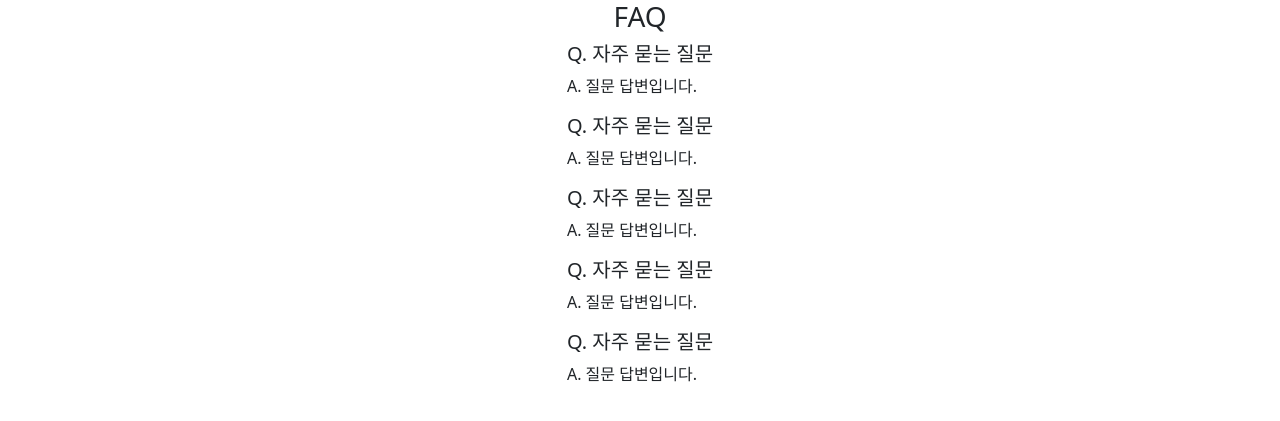
Repository: shin-eekk/js_study
Page: study.html
These files come from the project's save history. The page is drawn as it stood at one moment and after the next save; the edit follows.
The browser window is 1280 px wide. The pictures show the whole page.

Above is the page before, as saved 2025-03-12 12:59:34.
Console error: TypeError: Cannot read properties of undefined (reading 'classList')

### study.html
<!DOCTYPE html>
<html lang="en">
<head>
    <meta charset="UTF-8">
    <meta name="viewport" content="width=device-width, initial-scale=1.0">
    <title>복습</title>
    <link href="https://cdn.jsdelivr.net/npm/bootstrap@5.3.3/dist/css/bootstrap.min.css" rel="stylesheet" integrity="sha384-QWTKZyjpPEjISv5WaRU9OFeRpok6YctnYmDr5pNlyT2bRjXh0JMhjY6hW+ALEwIH" crossorigin="anonymous">
    <link rel="stylesheet" href="https://cdn.jsdelivr.net/npm/bootstrap-icons@1.11.3/font/bootstrap-icons.min.css">
    <script src="./js/study.js"></script>
</head>
<body>
    <div id="faq" class="d-flex justify-content-center flex-column align-items-center">
        <h3>FAQ</h3>
            <dl>

            </dl>
    </div>
</body>
</html>

### js/study.js
window.addEventListener("DOMContentLoaded",()=>{
    const faq = [
        {dt: "Q. 자주 묻는 질문",
         dd: "A. 질문 답변입니다."
        },
        {dt: "Q. 자주 묻는 질문",
         dd: "A. 질문 답변입니다."
        },
        {dt: "Q. 자주 묻는 질문",
         dd: "A. 질문 답변입니다."
        },
        {dt: "Q. 자주 묻는 질문",
         dd: "A. 질문 답변입니다."
        },
        {dt: "Q. 자주 묻는 질문",
         dd: "A. 질문 답변입니다."
        },
    ]

    const faqdom = document.querySelector("#faq dl");

    let faqtag = ``;
    for(x of faq){
        faqtag +=`<h5>${x.dt}</h5><p>${x.dd}</p>`;
    }

    faqdom.innerHTML = faqtag;

    const faqlist = document.querySelectorAll("#faq dt");

    let count = 0;
    faqlist[0].classList.add("active");

    setInterval(()=>{
        count++;
        count %=faq.length;
    })
})

After the next save:
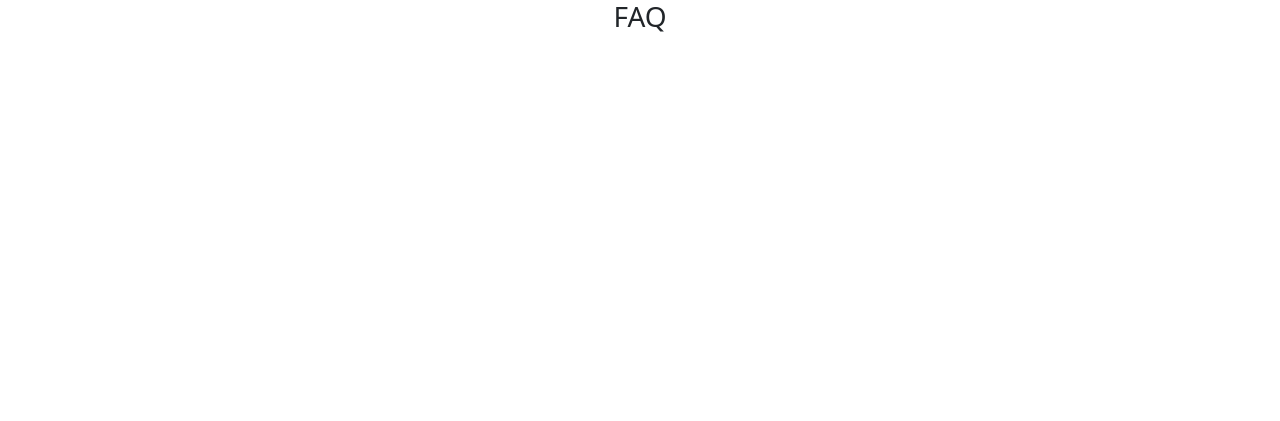
Console error: SyntaxError: Unexpected token '}'
Saved 22 s later.
--- a/js/study.js
+++ b/js/study.js
@@ -28,11 +28,6 @@
 
     const faqlist = document.querySelectorAll("#faq dt");
 
-    let count = 0;
-    faqlist[0].classList.add("active");
 
-    setInterval(()=>{
-        count++;
-        count %=faq.length;
     })
 })

After the save that followed:
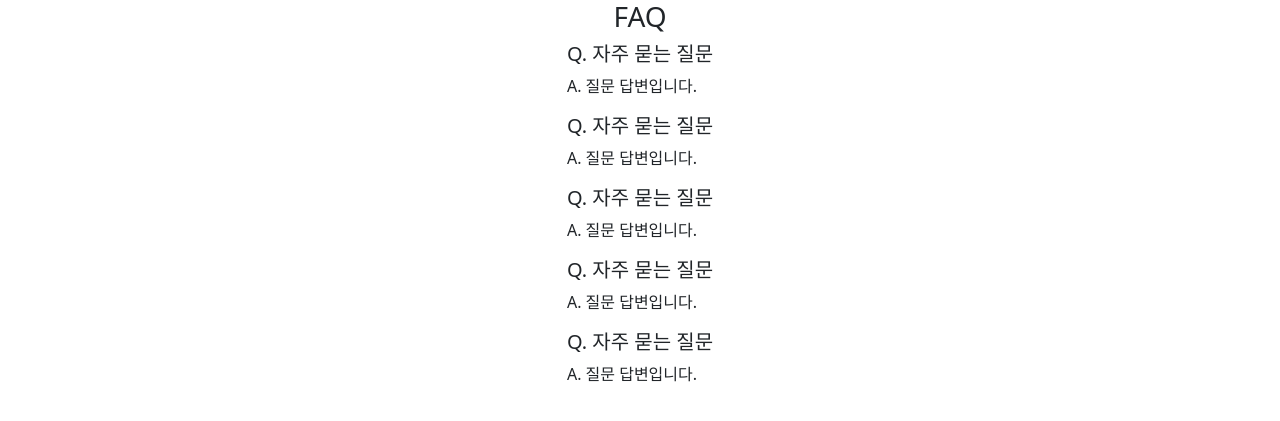
The error is gone.
Saved 7 s later.
--- a/js/study.js
+++ b/js/study.js
@@ -29,5 +29,5 @@
     const faqlist = document.querySelectorAll("#faq dt");
 
 
-    })
+
 })
